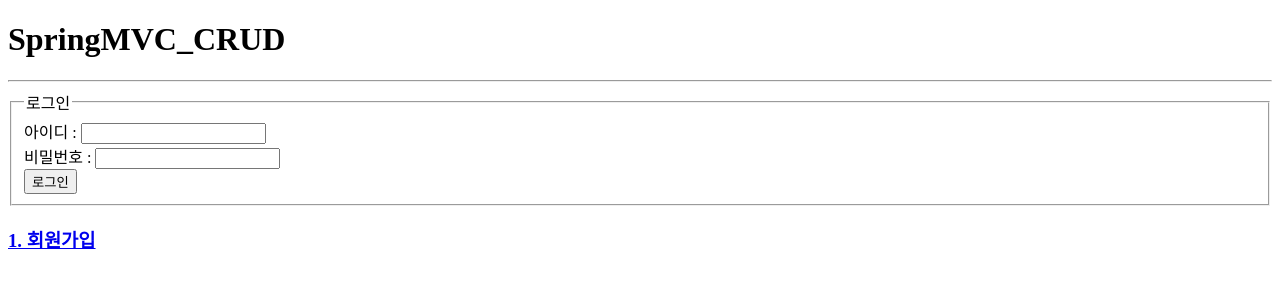
Repository: loseminho/khAcademy-Study
Page: http://localhost/02_SpringMVC_CRUD/
These files come from the project's save history. The page is drawn as it stood at one moment and after the next save; the edit follows.
The browser window is 1280 px wide. The pictures show the whole page.
The page is served by Tomcat 9. Other server files are loaded and not shown.

Above is the page before, as saved 2022-09-30 06:03:56.

### spring/workspace-sts-3.9.13.RELEASE/02_SpringMVC_CRUD/src/main/webapp/index.jsp
<%@ page language="java" contentType="text/html; charset=UTF-8"
    pageEncoding="UTF-8"%>
    <%@ taglib uri="http://java.sun.com/jsp/jstl/core" prefix="c" %>
<!DOCTYPE html>
<html>
<head>
<meta charset="UTF-8">
<title>Insert title here</title>
</head>
<body>
	<h1>SpringMVC_CRUD</h1>
	<hr>
	<c:choose>
		<c:when test="${empty sessionScope.m }">
			<form action="/login.do" method="post">
				<fieldset>
					<legend>로그인</legend>
					아이디 : <input type="text" name="memberId"><br>
					비밀번호 : <input type="password" name="memberPw"><br>
					<input type="submit" value="로그인">
				</fieldset>
			</form>
			<h3><a href="/joinFrm.do">1. 회원가입</a></h3>
		</c:when>
		<c:otherwise>
			<h2>[${sessionScope.m.memberName }]님 환영합니다.</h2>
			<form action="/searchMember.do" method="get">
				조회할 회원 아이디 입력 :
				<input type="text" name="searchId">
				<input type="submit" value="조회">
			</form>
			<h3><a href="/logout.do">로그아웃</a></h3>
			<h3><a href="/searchAllMember.do">전체회원 조회</a></h3>
			<h3><a href="/myPage.do">마이페이지</a></h3>
		</c:otherwise>
	</c:choose>

</body>
</html>

After the next save:
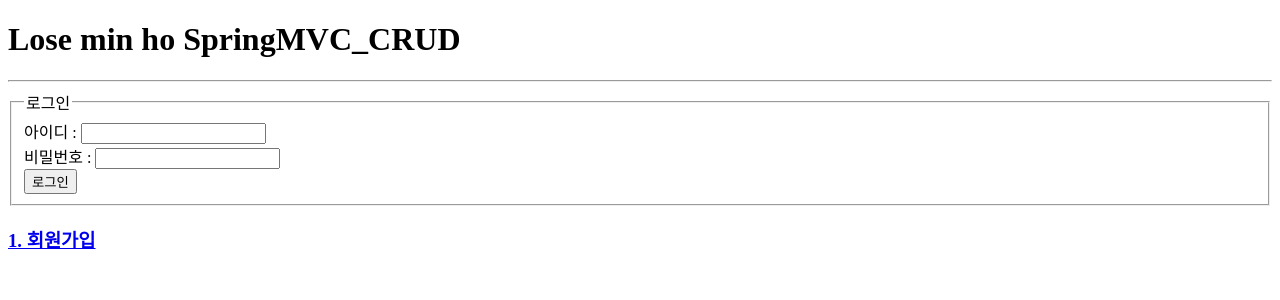
Saved 15 s later.
--- a/spring/workspace-sts-3.9.13.RELEASE/02_SpringMVC_CRUD/src/main/webapp/index.jsp
+++ b/spring/workspace-sts-3.9.13.RELEASE/02_SpringMVC_CRUD/src/main/webapp/index.jsp
@@ -8,7 +8,7 @@
 <title>Insert title here</title>
 </head>
 <body>
-	<h1>SpringMVC_CRUD</h1>
+	<h1>Lose min ho SpringMVC_CRUD</h1>
 	<hr>
 	<c:choose>
 		<c:when test="${empty sessionScope.m }">
